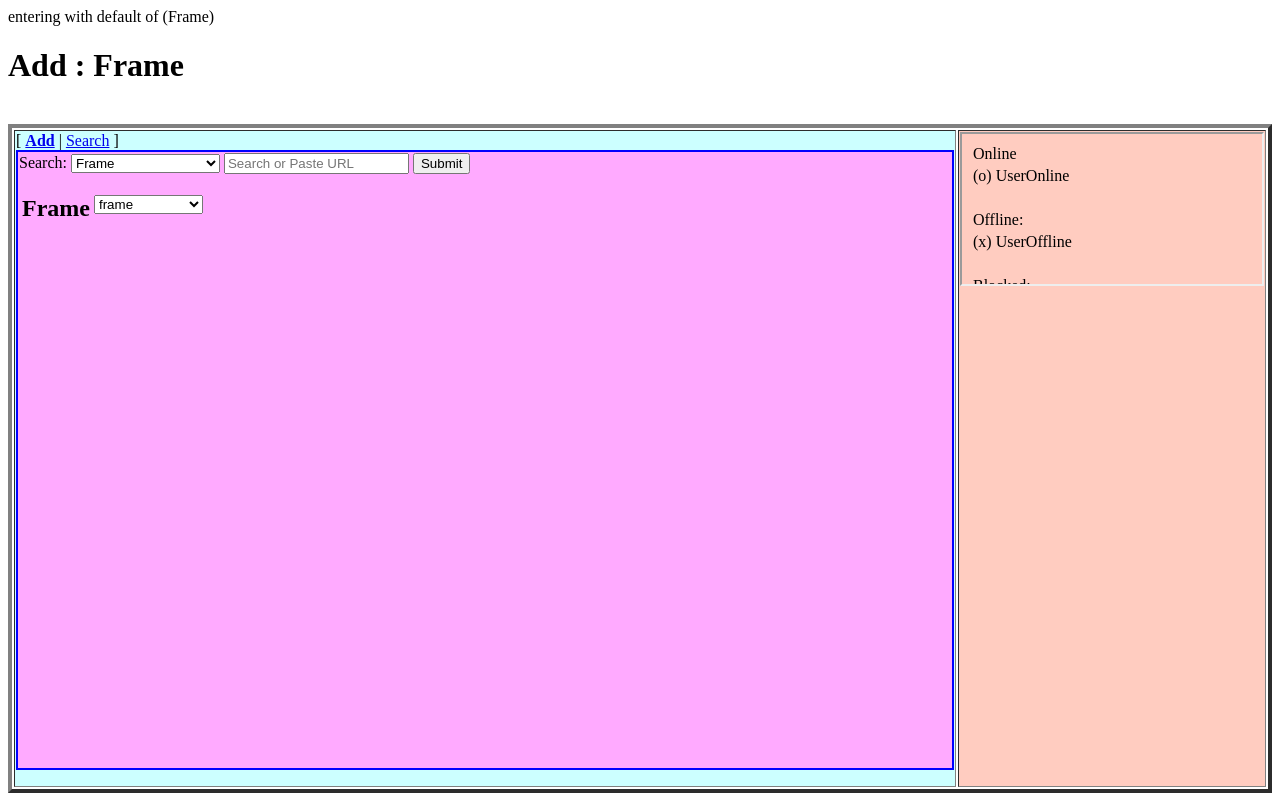
Repository: nevinleiby/SwapRC
Page: http://localhost/add_interface.php
An editor plug-in stored every save of this project. The page is shown before and after the next save, followed by the edit.
The browser window is 1280 px wide. The pictures show the whole page.
The page is run by PHP 8.4 with error messages shown; the project is at /var/www/html/. Queries for data that is not in the repository find no rows.

Above is the page before, as saved 2019-09-09 12:02:02.
Console error (its wording comes from the project's code and is left out).

After the next save:
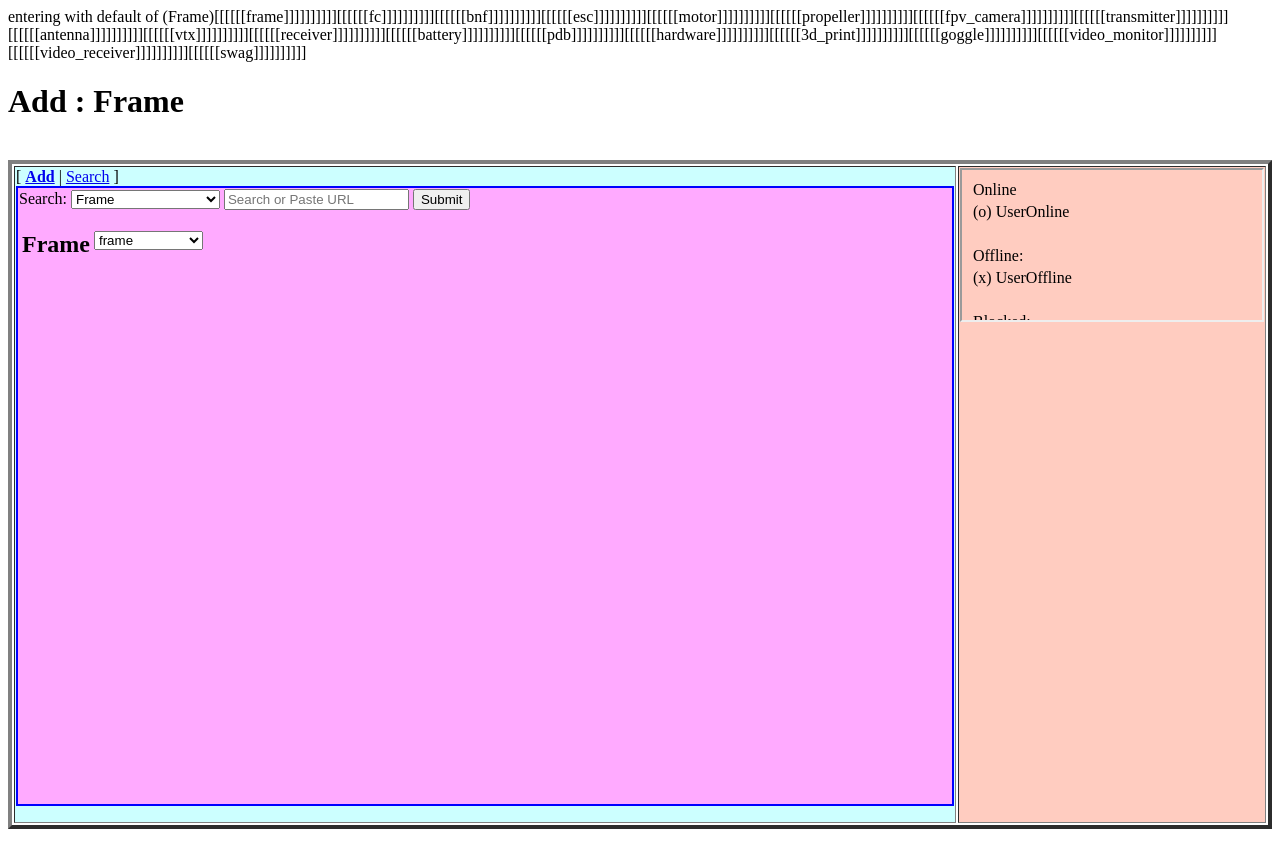
Saved 112 s later.
--- a/add_interface.php
+++ b/add_interface.php
@@ -310,6 +310,7 @@
                 $curr_category = $categories[$curr_category];
                 //$curr_category = $categories[$i];
                 //echo '[[[[' . $categories[2] . ']]]';
+                echo '[[[[[[' . $categories[$curr_category] . ']]]]]]]]]]';
 
                 $return_text .= '<option value = "' . $curr_category . '"';
 
